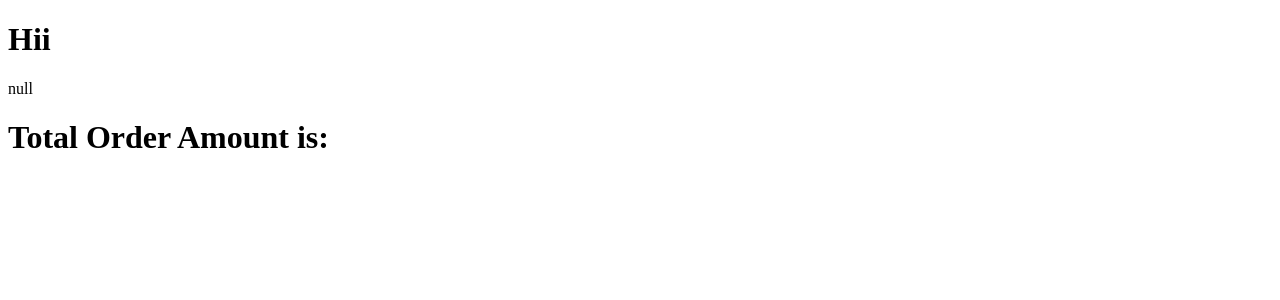
Repository: selvakumar46/Project-Maven
Page: http://localhost/ProjectKFC/showInvoice.jsp
These files come from the project's save history. The page is drawn as it stood at one moment and after the next save; the edit follows.
The browser window is 1280 px wide. The pictures show the whole page.
The page is served by Tomcat 9. Nobody is signed in. The application's start-up code is not run.

Above is the page before, as saved 2022-01-06 18:10:00.

After the next save:
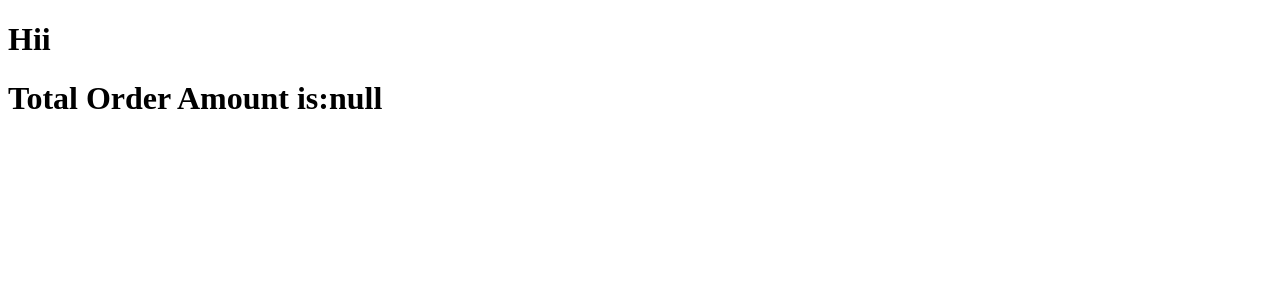
Saved 11 s later.
--- a/ProjectKFC/src/main/webapp/showInvoice.jsp
+++ b/ProjectKFC/src/main/webapp/showInvoice.jsp
@@ -8,8 +8,8 @@
 </head>
 <body>
 	 <h1>Hii</h1>
-	 <span> <%=session.getAttribute("totalPrice") %></span>
-	 <h1>Total Order Amount is:</h1>
+	 <span> </span>
+	 <h1>Total Order Amount is:<%=session.getAttribute("totalPrice") %></h1>
 
 
 
